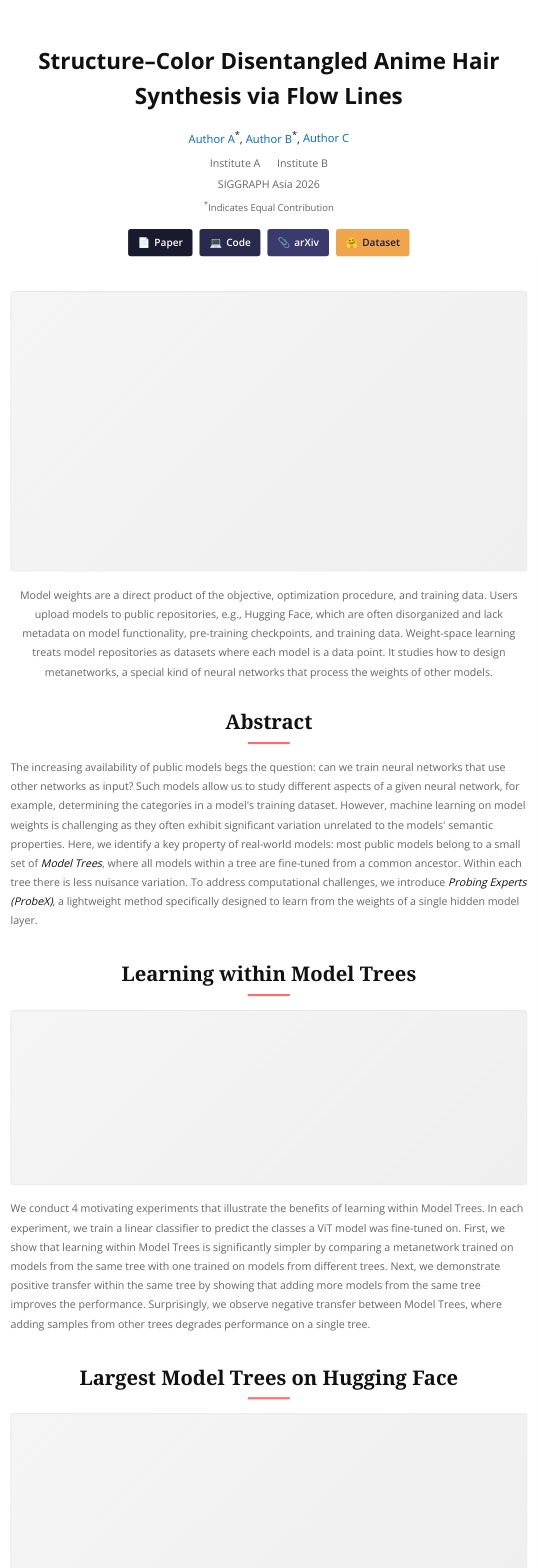
Repository: zty0304/FlowLines-web
Page: index.html
An editor plug-in stored every save of this project. The page is shown before and after the next save, followed by the edit.
The browser window is 768 px wide. The pictures show the part of the page from y = 0 to 2240 px (the page is 3963 px tall before and 3960 px after), at 70% of full size.

Above is the page before, as saved 2026-08-31 15:24:17.

### index.html
<!DOCTYPE html>
<html lang="en">
  <head>
    <meta charset="UTF-8" />
    <meta name="viewport" content="width=device-width, initial-scale=1.0" />
    <meta name="description" content="Academic Research Paper Project Page" />
    <title>Your Paper Title</title>
    <link
      href="https://fonts.googleapis.com/css2?family=Noto+Serif:wght@400;700&family=Open+Sans:wght@400;600;700&display=swap"
      rel="stylesheet"
    />
    <link rel="stylesheet" href="styles.css" />
  </head>
  <body>
    <main class="content">
      <div class="header-section">
        <h1>Structure–Color Disentangled Anime Hair Synthesis via Flow Lines</h1>

        <div class="authors-line">
          <span><a href="#">Author A</a><sup>*</sup>, </span>
          <span><a href="#">Author B</a><sup>*</sup>, </span>
          <span><a href="#">Author C</a></span>
        </div>

        <div class="affiliation-line">
          <span>Institute A</span>
          <span>Institute B</span>
        </div>

        <div class="conference-line">
          <span>SIGGRAPH Asia 2026</span>
        </div>

        <div class="equal-contribution">
          <sup>*</sup>Indicates Equal Contribution
        </div>

        <div class="buttons-group">
          <a href="#" class="btn btn-paper">
            <span>📄</span>
            <span>Paper</span>
          </a>
          <a href="#" class="btn btn-code">
            <span>💻</span>
            <span>Code</span>
          </a>
          <a href="#" class="btn btn-arxiv">
            <span>📎</span>
            <span>arXiv</span>
          </a>
          <a href="#" class="btn btn-dataset">
            <span>🤗</span>
            <span>Dataset</span>
          </a>
        </div>
      </div>

      <article class="paper">
        <figure class="teaser-figure">
          <div class="placeholder-img large"></div>
        </figure>

        <div class="intro-text">
          <p>
            Model weights are a direct product of the objective, optimization procedure, and training
            data. Users upload models to public repositories, e.g., Hugging Face, which are often
            disorganized and lack metadata on model functionality, pre-training checkpoints, and
            training data. Weight-space learning treats model repositories as datasets where each
            model is a data point. It studies how to design metanetworks, a special kind of neural
            networks that process the weights of other models.
          </p>
        </div>

        <section class="paper-section">
          <h2>Abstract</h2>
          <p>
            The increasing availability of public models begs the question: can we train neural networks
            that use other networks as input? Such models allow us to study different aspects of a given
            neural network, for example, determining the categories in a model's training dataset. However,
            machine learning on model weights is challenging as they often exhibit significant variation
            unrelated to the models' semantic properties. Here, we identify a key property of real-world
            models: most public models belong to a small set of <em>Model Trees</em>, where all models within
            a tree are fine-tuned from a common ancestor. Within each tree there is less nuisance variation.
            To address computational challenges, we introduce <em>Probing Experts (ProbeX)</em>, a lightweight
            method specifically designed to learn from the weights of a single hidden model layer.
          </p>
        </section>

        <section class="paper-section">
          <h2>Learning within Model Trees</h2>
          <figure class="section-figure">
            <div class="placeholder-img"></div>
          </figure>
          <p>
            We conduct 4 motivating experiments that illustrate the benefits of learning within Model
            Trees. In each experiment, we train a linear classifier to predict the classes a ViT model
            was fine-tuned on. First, we show that learning within Model Trees is significantly simpler
            by comparing a metanetwork trained on models from the same tree with one trained on models
            from different trees. Next, we demonstrate positive transfer within the same tree by showing
            that adding more models from the same tree improves the performance. Surprisingly, we observe
            negative transfer between Model Trees, where adding samples from other trees degrades
            performance on a single tree.
          </p>
        </section>

        <section class="paper-section">
          <h2>Largest Model Trees on Hugging Face</h2>
          <div class="section-content">
            <figure class="section-figure">
              <div class="placeholder-img"></div>
            </figure>
            <p>
              We show the 10 largest Model Trees on Hugging Face. Our insight is that learning an expert
              for each tree greatly simplifies weight-space learning. This is a practical setting as a few
              large Model Trees dominate the landscape.
            </p>
          </div>
        </section>

        <section class="paper-section">
          <h2>Probing Experts (ProbeX)</h2>
          <figure class="section-figure">
            <div class="placeholder-img"></div>
          </figure>
          <p>
            Unlike conventional probing methods that operate only on inputs and outputs, our lightweight
            architecture scales weight-space learning to large models by probing hidden model layers.
            ProbeX begins by passing a set of learned probes through the input weight matrix. A projection
            matrix, shared between all probes, reduces the dimensionality of the probe responses, followed
            by a non-linear activation. Each probe response is then mapped to a probe encoding via a
            per-probe encoder matrix. We sum the probe encodings to obtain the final model encoding, which
            the predictor head maps to the task output.
          </p>
        </section>

        <section class="paper-section">
          <h2>Results</h2>
          <p>
            ProbeX achieves state-of-the-art results on the task of training category prediction, accurately
            identifying the specific classes within a model's training dataset. Excitingly, ProbeX can also
            align fine-tuned Stable Diffusion weights with language representations. This capability enables
            a new task: zero-shot model classification, where models are classified via a text prompt describing
            their training data.
          </p>
          <figure class="section-figure">
            <div class="placeholder-img"></div>
          </figure>
        </section>

        <section class="paper-section bibtex-section">
          <div class="bibtex-header">
            <h2>BibTeX</h2>
            <button class="copy-btn" onclick="copyToClipboard()">Copy</button>
          </div>
          <pre id="bibtex"><code>@inproceedings{yourpaper2026,
  title = {Structure--Color Disentangled Anime Hair Synthesis via Flow Lines},
  author = {Author A and Author B and Author C},
  booktitle = {SIGGRAPH Asia 2026 Conference Proceedings},
  year = {2026}
}</code></pre>
        </section>

        <div class="footer-note">
          <p>
            This page was built using the <a href="https://github.com/eliahuhorwitz/Academic-project-page-template">Academic Project Page Template</a> which was adopted from the <a href="https://nerfies.github.io/">Nerfies</a> project page.
          </p>
        </div>
      </article>
    </main>

    <script src="script.js"></script>
  </body>
</html>

### styles.css
:root {
  --text-color: #111;
  --muted-color: #666;
  --bg-color: #fff;
  --border-color: #e0e0e0;
}

* {
  margin: 0;
  padding: 0;
  box-sizing: border-box;
}

html {
  scroll-behavior: smooth;
}

body {
  font-family: 'Open Sans', 'Helvetica Neue', Helvetica, Arial, sans-serif;
  background-color: #fafafa;
  color: var(--text-color);
  line-height: 1.6;
}

main.content {
  max-width: 1000px;
  margin: 0 auto;
  padding: 40px 20px;
  background-color: var(--bg-color);
}

.header-section {
  text-align: center;
  margin-bottom: 50px;
}

h1 {
  font-size: 2.5rem;
  margin: 20px 0;
  color: var(--text-color);
}

article.paper {
  padding: 0;
}

h2, h3 {
  font-family: 'Noto Serif', serif;
  font-weight: 700;
  line-height: 1.2;
}

a {
  color: var(--text-color);
  text-decoration: none;
}

a:hover {
  text-decoration: underline;
}

.authors-line {
  font-size: 1rem;
  margin: 10px 0;
  color: var(--text-color);
}

.authors-line a {
  color: #0066cc;
  text-decoration: none;
  font-weight: 500;
}

.authors-line a:hover {
  text-decoration: underline;
}

.affiliation-line {
  font-size: 0.95rem;
  color: var(--muted-color);
  margin: 5px 0;
}

.affiliation-line span {
  margin: 0 10px;
}

.conference-line {
  font-size: 0.95rem;
  color: var(--muted-color);
  margin: 5px 0;
}

.equal-contribution {
  font-size: 0.85rem;
  color: var(--muted-color);
  margin: 8px 0;
}

.buttons-group {
  display: flex;
  justify-content: center;
  gap: 10px;
  margin-top: 20px;
  flex-wrap: wrap;
}

.btn {
  display: inline-flex;
  align-items: center;
  gap: 6px;
  padding: 8px 14px;
  border-radius: 4px;
  font-size: 0.9rem;
  font-weight: 600;
  text-decoration: none;
  transition: all 0.2s;
}

.btn-paper {
  background: #1a1a2e;
  color: #fff;
}

.btn-paper:hover {
  background: #0a0a1e;
}

.btn-code {
  background: #2a2a4e;
  color: #fff;
}

.btn-code:hover {
  background: #1a1a3e;
}

.btn-arxiv {
  background: #3a3a6e;
  color: #fff;
}

.btn-arxiv:hover {
  background: #2a2a5e;
}

.btn-dataset {
  background: #f0a54d;
  color: #1a1a2e;
}

.btn-dataset:hover {
  background: #e69a38;
}

.teaser-figure {
  margin: 30px 0 20px 0;
  width: 100%;
}

.placeholder-img {
  width: 100%;
  background: linear-gradient(135deg, #f5f5f5 0%, #efefef 100%);
  border: 1px solid var(--border-color);
  border-radius: 4px;
}

.placeholder-img.large {
  height: 400px;
}

.intro-text {
  max-width: 800px;
  margin: 20px auto;
  text-align: center;
}

.intro-text p {
  font-size: 0.95rem;
  line-height: 1.8;
  color: var(--muted-color);
}

.paper-section {
  margin-bottom: 45px;
  max-width: 900px;
  margin-left: auto;
  margin-right: auto;
}

.paper-section h2 {
  font-size: 1.8rem;
  margin: 40px 0 20px 0;
  text-align: center;
  color: var(--text-color);
  position: relative;
  padding-bottom: 15px;
}

.paper-section h2::after {
  content: '';
  position: absolute;
  bottom: 0;
  left: 50%;
  transform: translateX(-50%);
  width: 60px;
  height: 3px;
  background: #ff6b6b;
}

.section-content {
  display: grid;
  grid-template-columns: 1fr 1fr;
  gap: 30px;
  align-items: start;
}

.section-figure {
  margin: 0 0 20px 0;
  width: 100%;
}

.paper-section p {
  font-size: 0.95rem;
  line-height: 1.8;
  color: var(--muted-color);
  margin-bottom: 15px;
}

.paper-section em {
  font-style: italic;
  color: var(--text-color);
}

.bibtex-section {
  margin-top: 50px;
}

.bibtex-header {
  display: flex;
  justify-content: space-between;
  align-items: center;
  margin-bottom: 15px;
}

.copy-btn {
  background: none;
  border: 1px solid var(--border-color);
  padding: 6px 12px;
  cursor: pointer;
  font-size: 0.9rem;
  font-weight: 500;
  border-radius: 4px;
  display: flex;
  align-items: center;
  gap: 6px;
  color: var(--text-color);
}

.copy-btn:hover {
  background: #f5f5f5;
}

pre {
  background: #1a1a1a;
  color: #f1f1f1;
  padding: 15px 15px;
  border-radius: 4px;
  overflow-x: auto;
  font-size: 0.85rem;
  line-height: 1.5;
}

pre code {
  font-family: 'Courier New', monospace;
}

.footer-note {
  margin-top: 60px;
  padding-top: 30px;
  border-top: 1px solid var(--border-color);
  font-size: 0.85rem;
  color: var(--muted-color);
}

.footer-note a {
  color: var(--text-color);
  text-decoration: underline;
}

@media (max-width: 768px) {
  h1 {
    font-size: 2rem;
  }

  h2 {
    font-size: 1.4rem;
  }

  main.content {
    padding: 40px 15px;
  }

  .intro-section,
  .section-content {
    grid-template-columns: 1fr;
    gap: 20px;
  }

  .links-row {
    flex-direction: column;
    gap: 10px;
  }

  .placeholder-img {
    height: 250px;
  }
}

### script.js
function copyToClipboard() {
  const bibtex = document.getElementById('bibtex');
  const text = bibtex.textContent;
  navigator.clipboard.writeText(text).then(() => {
    const btn = document.querySelector('.copy-btn');
    const originalText = btn.innerHTML;
    btn.innerHTML = '<span>Copied!</span>';
    setTimeout(() => {
      btn.innerHTML = originalText;
    }, 2000);
  }).catch(err => {
    console.error('Failed to copy:', err);
  });
}

After the next save:
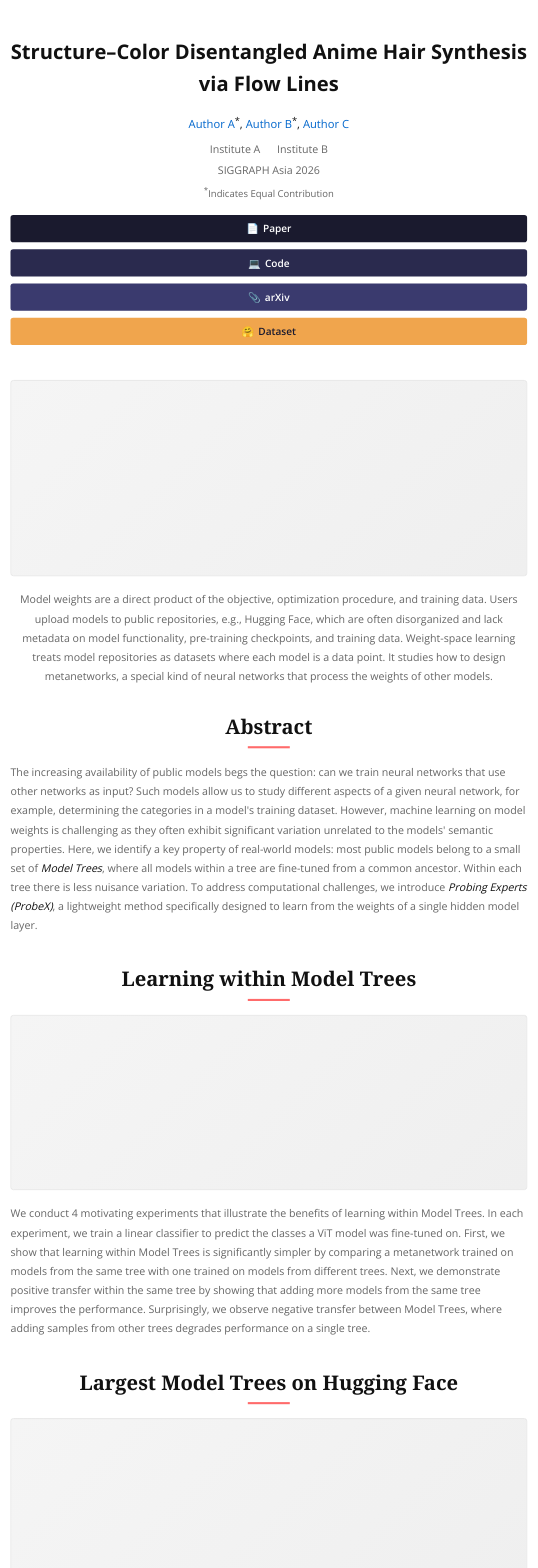
Saved 6 s later.
--- a/styles.css
+++ b/styles.css
@@ -290,7 +290,7 @@ pre code {
 
 @media (max-width: 768px) {
   h1 {
-    font-size: 2rem;
+    font-size: 1.8rem;
   }
 
   h2 {
@@ -298,7 +298,17 @@ pre code {
   }
 
   main.content {
-    padding: 40px 15px;
+    padding: 30px 15px;
+  }
+
+  .buttons-group {
+    flex-direction: column;
+    width: 100%;
+  }
+
+  .btn {
+    width: 100%;
+    justify-content: center;
   }
 
   .intro-section,
@@ -307,12 +317,11 @@ pre code {
     gap: 20px;
   }
 
-  .links-row {
-    flex-direction: column;
-    gap: 10px;
-  }
-
   .placeholder-img {
     height: 250px;
   }
-}
+
+  .placeholder-img.large {
+    height: 280px;
+  }
+}
